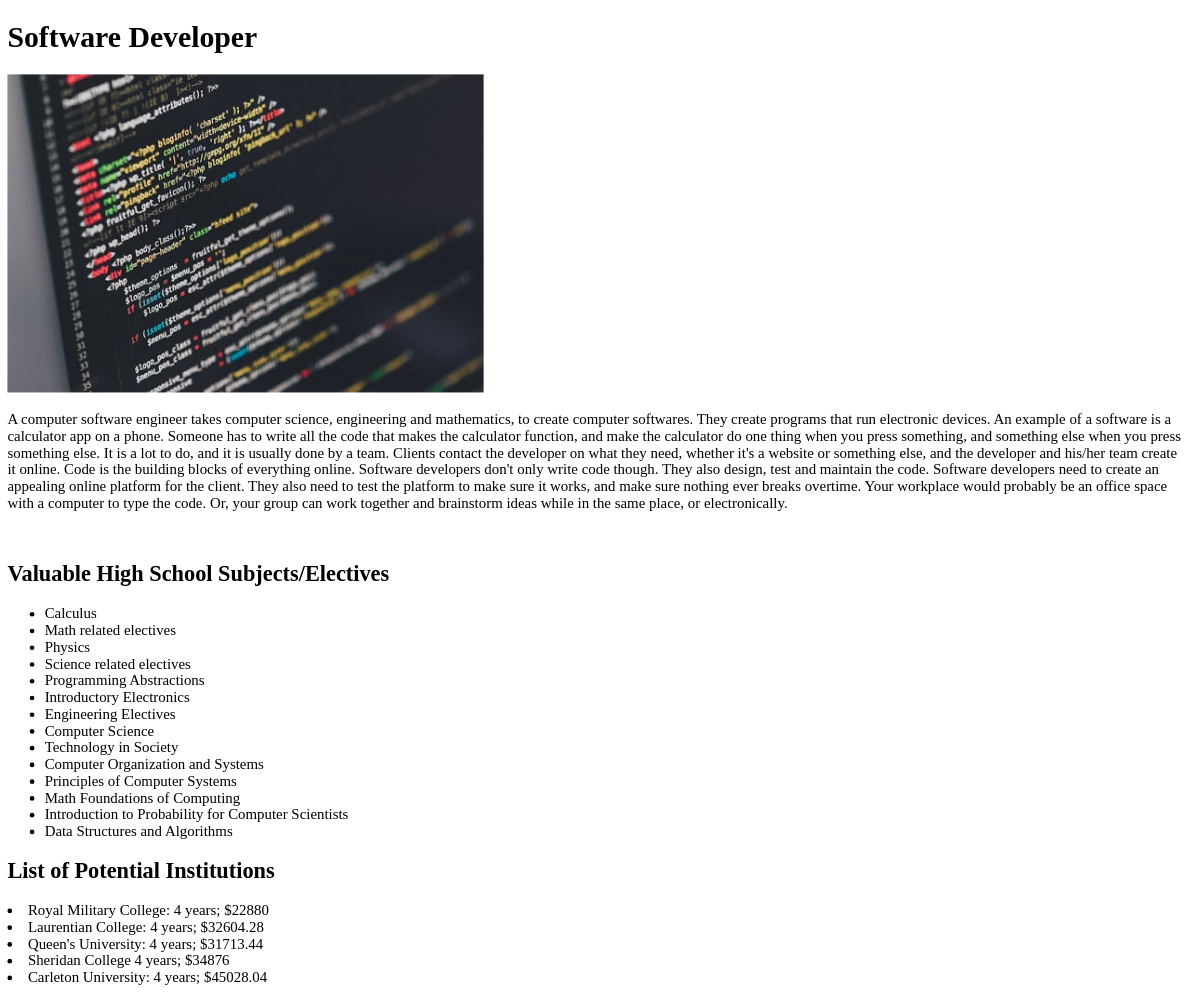
Repository: soerik/1soerik.github.io
Page: index.html
The author's editor kept a record of every edit. The page is drawn from the files as they stood at one moment, then again after the next edit.
The browser window is 1280 px wide. The pictures show the whole page, at 93% of full size.

Above is the page before.

After the next edit:
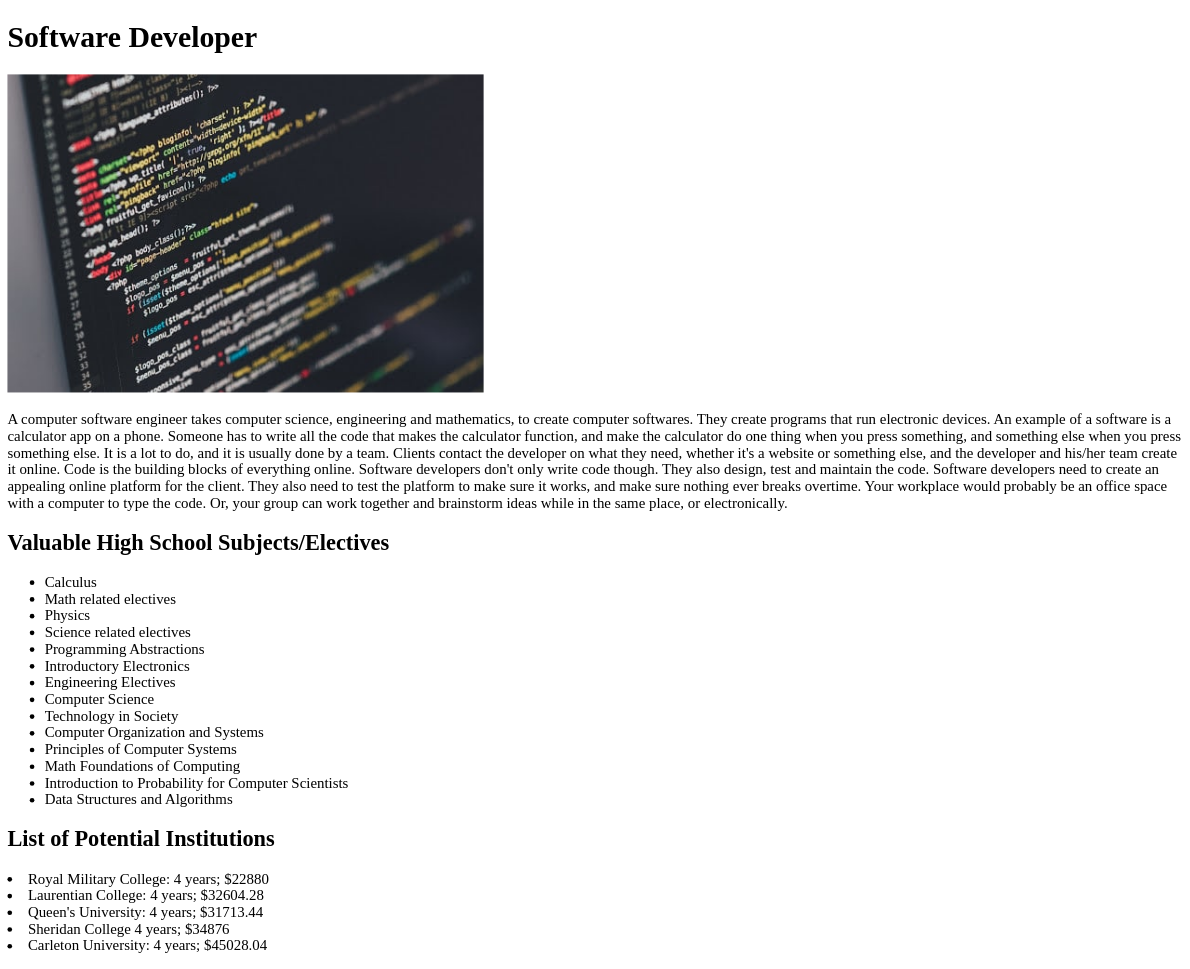
The edit:
--- a/index.html
+++ b/index.html
@@ -35,7 +35,7 @@
 together and brainstorm ideas while in the
 same place, or electronically.
 </p>
-<img src=""></img>
+
 
 <h2>Valuable High School Subjects/Electives</h2>
 
